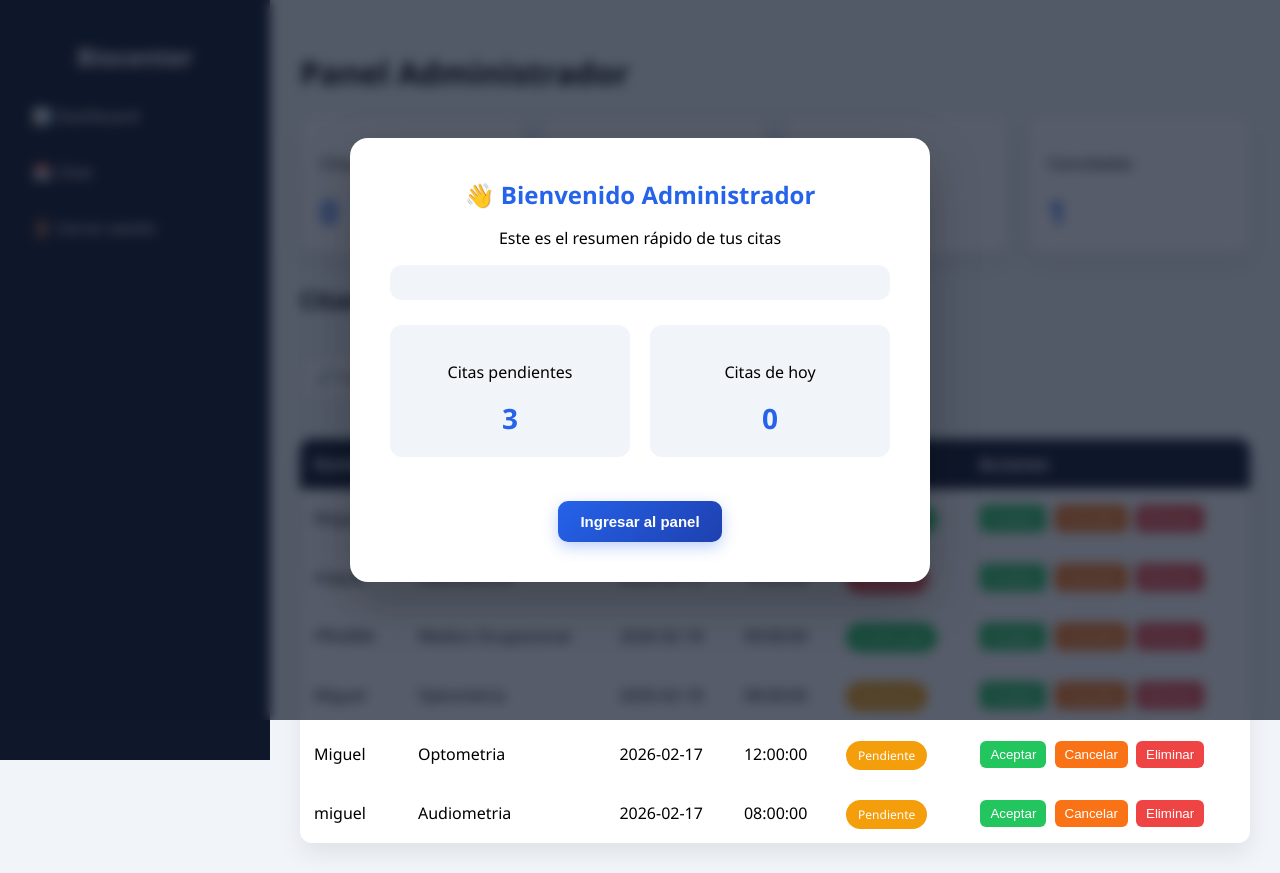
Repository: Miguelperdomo/Biocenter
Page: http://localhost/public_html/PHP/panel.php
The author's editor kept a copy of each file at every save. The page is drawn from the files as they stood at one save, then again after the next save.
The browser window is 1280 px wide. The pictures show the whole page.
The page is run by PHP 8.4 with error messages shown; the project is at /var/www/html/. The session is filled in as if someone had signed in: {"admin": {"id": 1, "usuario": "admin", "email": "perdomomiguel2004@gmail.com"}}. The database holds what the project's SQL file puts in it.

Above is the page before, as saved 2026-02-19 10:59:39.

After the next save:
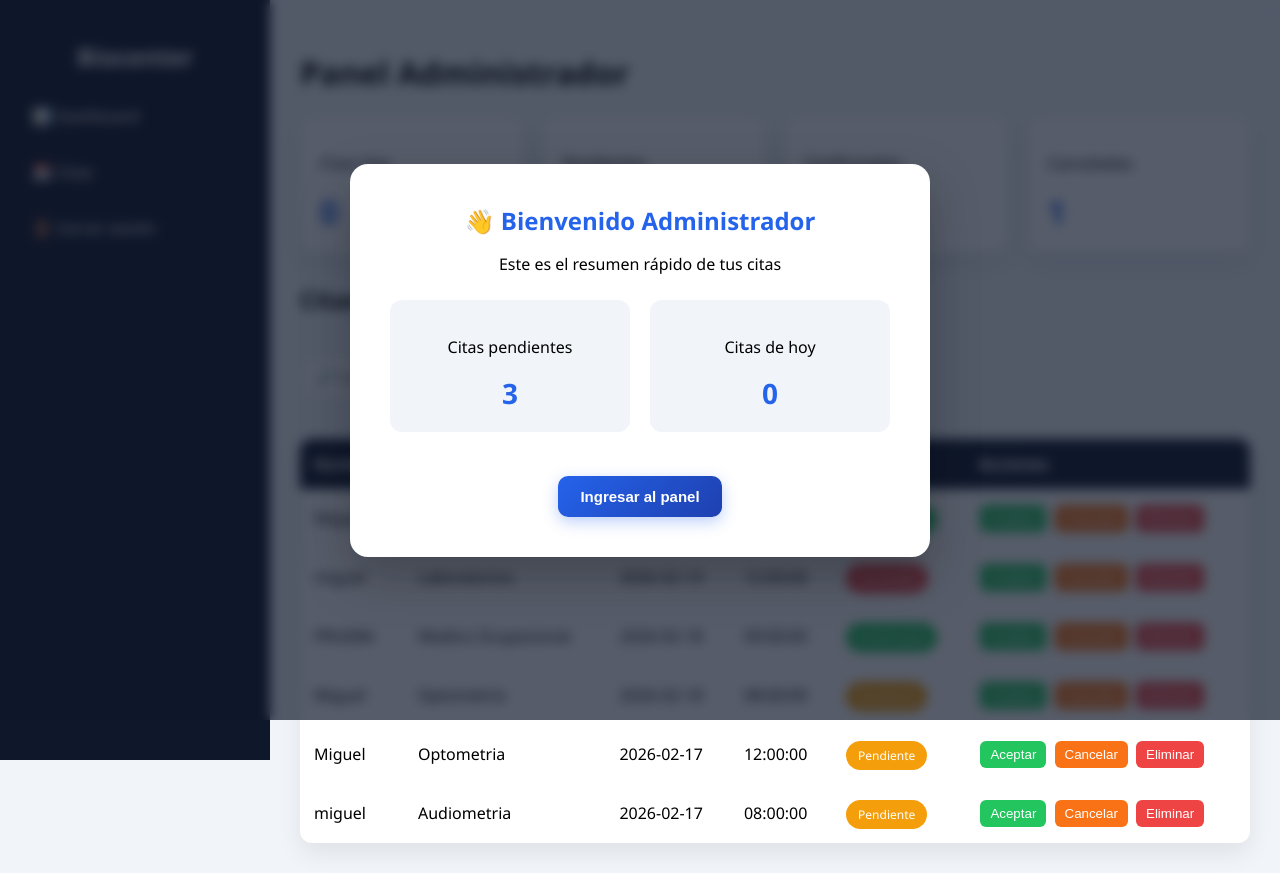
Saved 5 s later.
--- a/PHP/panel.php
+++ b/PHP/panel.php
@@ -268,27 +268,6 @@ th{background:#0f172a;color:white;}
     color:#2563eb;
 }
 
-.fecha-hora-box{
-    background:#f1f5f9;
-    padding:15px;
-    border-radius:12px;
-    margin:15px 0 25px 0;
-    text-align:center;
-}
-
-.fecha-hora-box p{
-    margin:0;
-    font-size:14px;
-    color:#64748b;
-}
-
-.fecha-hora-box h3{
-    margin:5px 0 0 0;
-    font-size:28px;
-    color:#2563eb;
-}
-
-
 @keyframes aparecer{
     from{transform:scale(.8);opacity:0}
     to{transform:scale(1);opacity:1}
@@ -395,12 +374,6 @@ th{background:#0f172a;color:white;}
         <h2>👋 Bienvenido Administrador</h2>
         <p>Este es el resumen rápido de tus citas</p>
 
-        <!-- FECHA Y HORA -->
-        <div class="fecha-hora-box">
-            <p id="fechaActual"></p>
-            <h3 id="horaActual"></h3>
-        </div>
-
         <div class="bienvenida-info">
 
             <div class="bienvenida-card">
@@ -422,7 +395,6 @@ th{background:#0f172a;color:white;}
     </div>
 
 </div>
-
 
 
 
@@ -513,8 +485,6 @@ function cerrarBienvenida(){
     document.getElementById("modalBienvenida").style.display="none";
 }
 
-
-
 </script>
 
 
